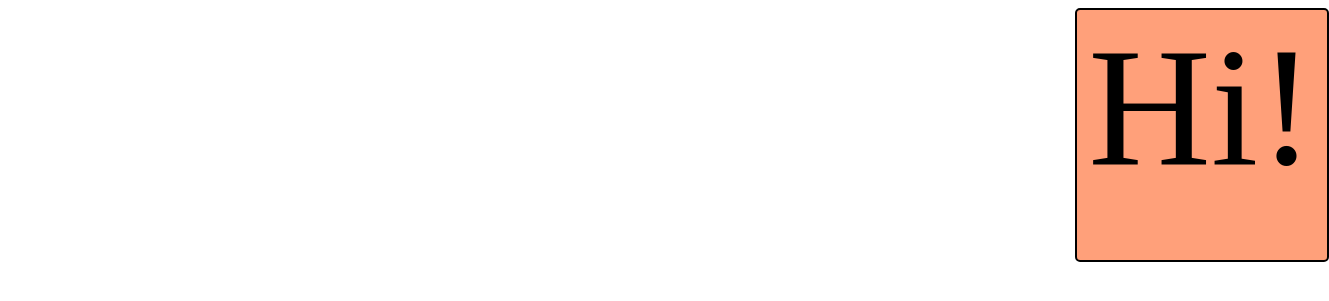
Repository: nottonofclay/csi_waymo
Page: animations/animations.html
An editor plug-in stored every save of this project. The page is shown before and after the next save, followed by the edit.
The browser window is 1280 px wide. The page is 1329 px wide, then 1280 px, so the pictures cover 1329 px, including what lies to the right of the window. The pictures show the whole page.

Above is the page before, as saved 2023-07-06 12:38:20.

### animations/animations.html
<!DOCTYPE html>
<html lang="en">
<head>
    <meta charset="UTF-8">
    <meta name="viewport" content="width=device-width, initial-scale=1.0">
    <title>Document</title>
    <link rel="stylesheet" href="animations.css">
</head>
<body>
    <div id="box1">Hi!</div>
</body>
</html>

### animations/animations.css
#box1 {
    border: 2px solid;
    border-radius: 5px;
    width: 250px;
    height: 250px;
    background: lightsalmon;
    font-size: 170px;
    text-align: center;

    animation: mySlide;
    animation-play-state: running;
    animation-iteration-count: infinite;
    animation-delay: 0;
    animation-timing-function: ease-out;
    animation-duration: 3s;
    /* duration | time func | delay | iter count | playstate | name */
    animation:
}

@keyframes mySlide {
    from {margin-left: 0%}
    to {margin-left: 100%}
}

After the next save:
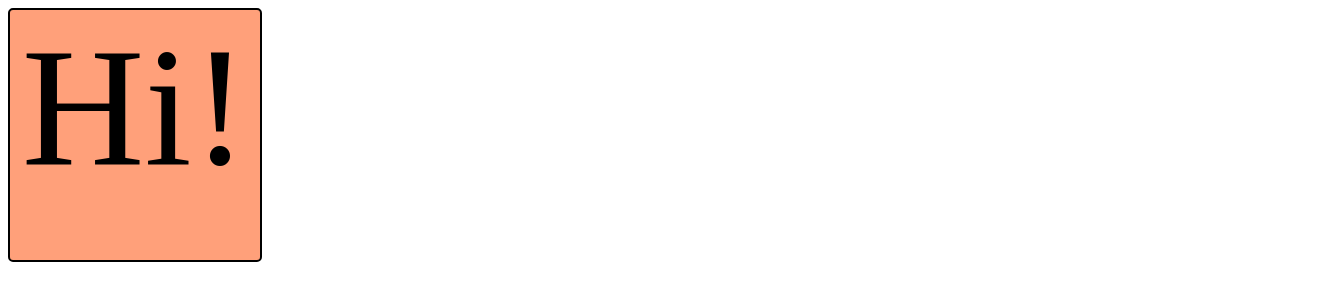
Saved 4 s later.
--- a/animations/animations.css
+++ b/animations/animations.css
@@ -7,12 +7,12 @@
     font-size: 170px;
     text-align: center;
 
-    animation: mySlide;
+    /* animation: mySlide;
     animation-play-state: running;
     animation-iteration-count: infinite;
     animation-delay: 0;
     animation-timing-function: ease-out;
-    animation-duration: 3s;
+    animation-duration: 3s; */
     /* duration | time func | delay | iter count | playstate | name */
     animation:
 }
